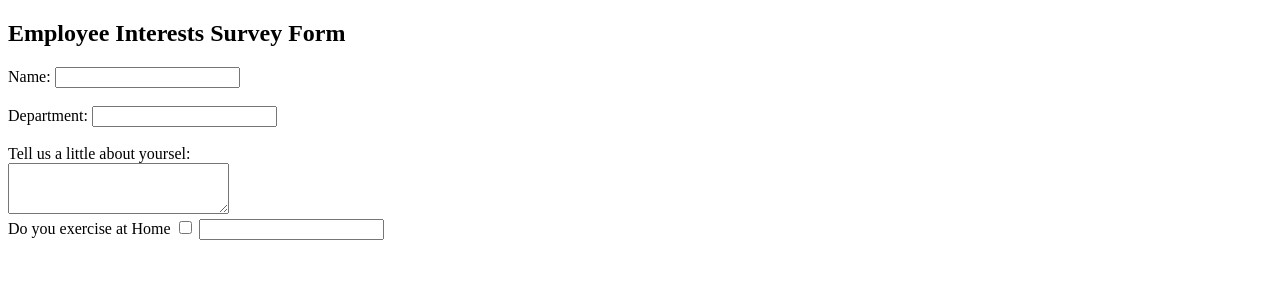
Repository: JoaoLemesDEV/Exercise-Survey-Form
Page: index.html
These files come from the project's save history. The page is drawn as it stood at one moment and after the next save; the edit follows.
The browser window is 1280 px wide. The pictures show the whole page.

Above is the page before, as saved 2021-10-10 18:24:31.

### index.html
<!DOCTYPE html>
<html lang="en">
<head>
  <meta charset="UTF-8">
  <meta http-equiv="X-UA-Compatible" content="IE=edge">
  <meta name="viewport" content="width=device-width, initial-scale=1.0">
  <title>Survey Form</title>
</head>
<body>
  <h2>Employee Interests Survey Form</h2>
  <label for="name">Name: </label>
  <input type="text" name="name" id=""><br><br>
  <label for="dep">Department:</label>
  <input type="text" name="dep" id=""><br><br>
  <label for="comment">Tell us a little about yoursel:</label><br>
  <textarea name="comment" id="comment" cols="25" rows="3"></textarea><br>
  <label for="question01">Do you exercise at Home</label>
    <input type="checkbox" name="question01" id="question01">
    <input type="text" name="" id="">



</body>
</html>

After the next save:
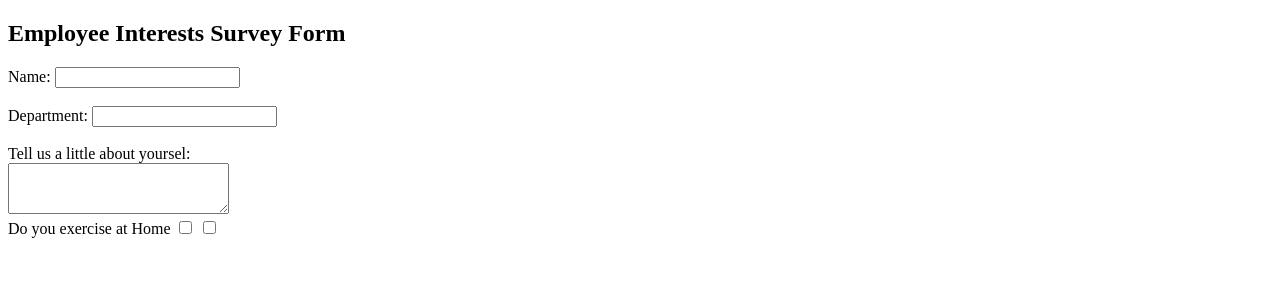
Saved 8 s later.
--- a/index.html
+++ b/index.html
@@ -16,7 +16,7 @@
   <textarea name="comment" id="comment" cols="25" rows="3"></textarea><br>
   <label for="question01">Do you exercise at Home</label>
     <input type="checkbox" name="question01" id="question01">
-    <input type="text" name="" id="">
+    <input type="checkbox" name="" id="">
 
 
 
